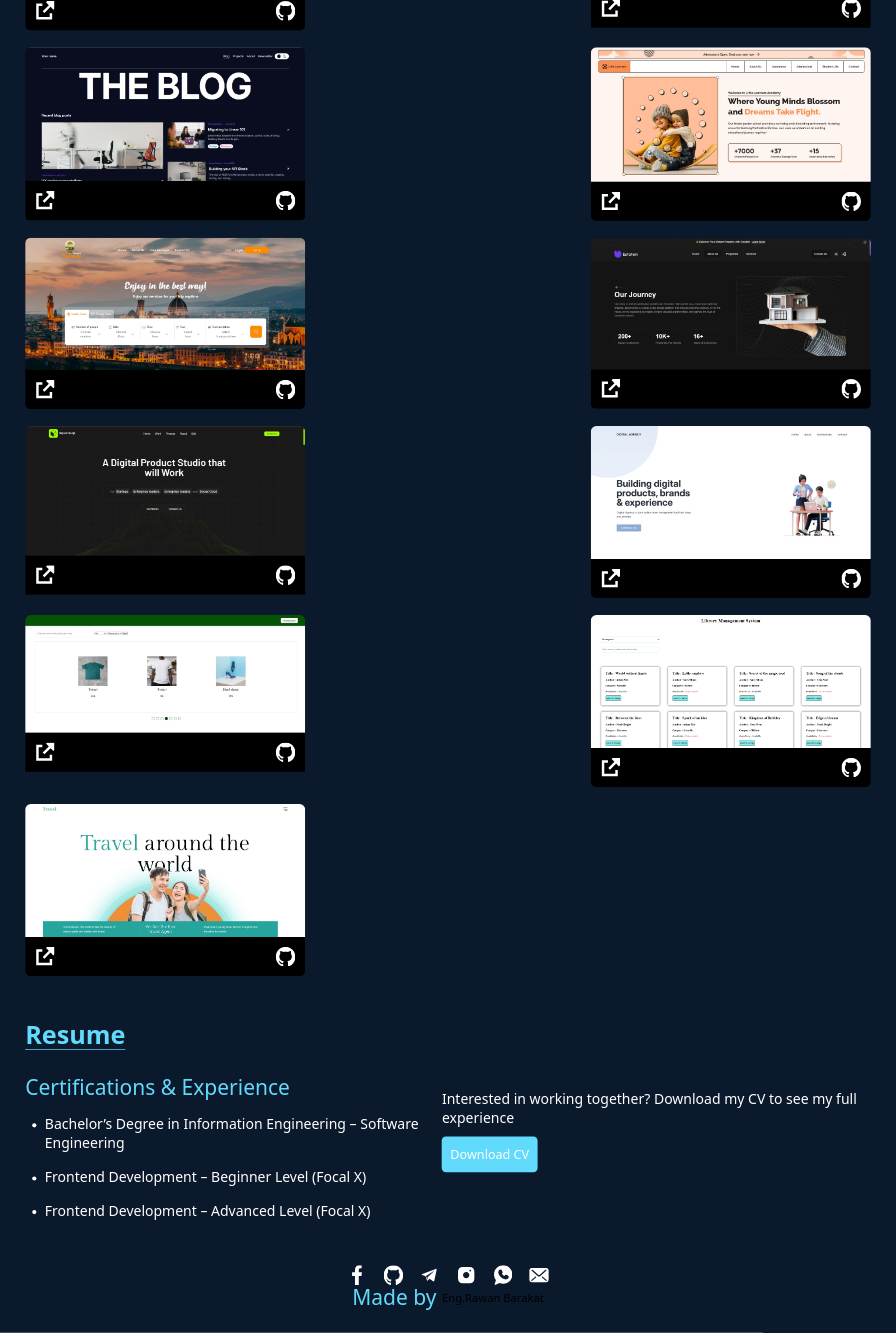
Repository: RawanBarakat-hub/portfolio
Page: /
These files come from the project's save history. The page is drawn as it stood at one moment and after the next save; the edit follows.
The browser window is 1280 px wide. The pictures show the part of the page from y = 1951 to 3871 px (the page is 3855 px tall before and 3871 px after), at 70% of full size.
The project was rebuilt for these pictures with package versions that can differ from the ones it lists, and the page was loaded fresh each time. Also part of the build but not shown: vite.config.ts.

Above is the page before, as saved 2026-02-22 23:35:34.

After the next save:
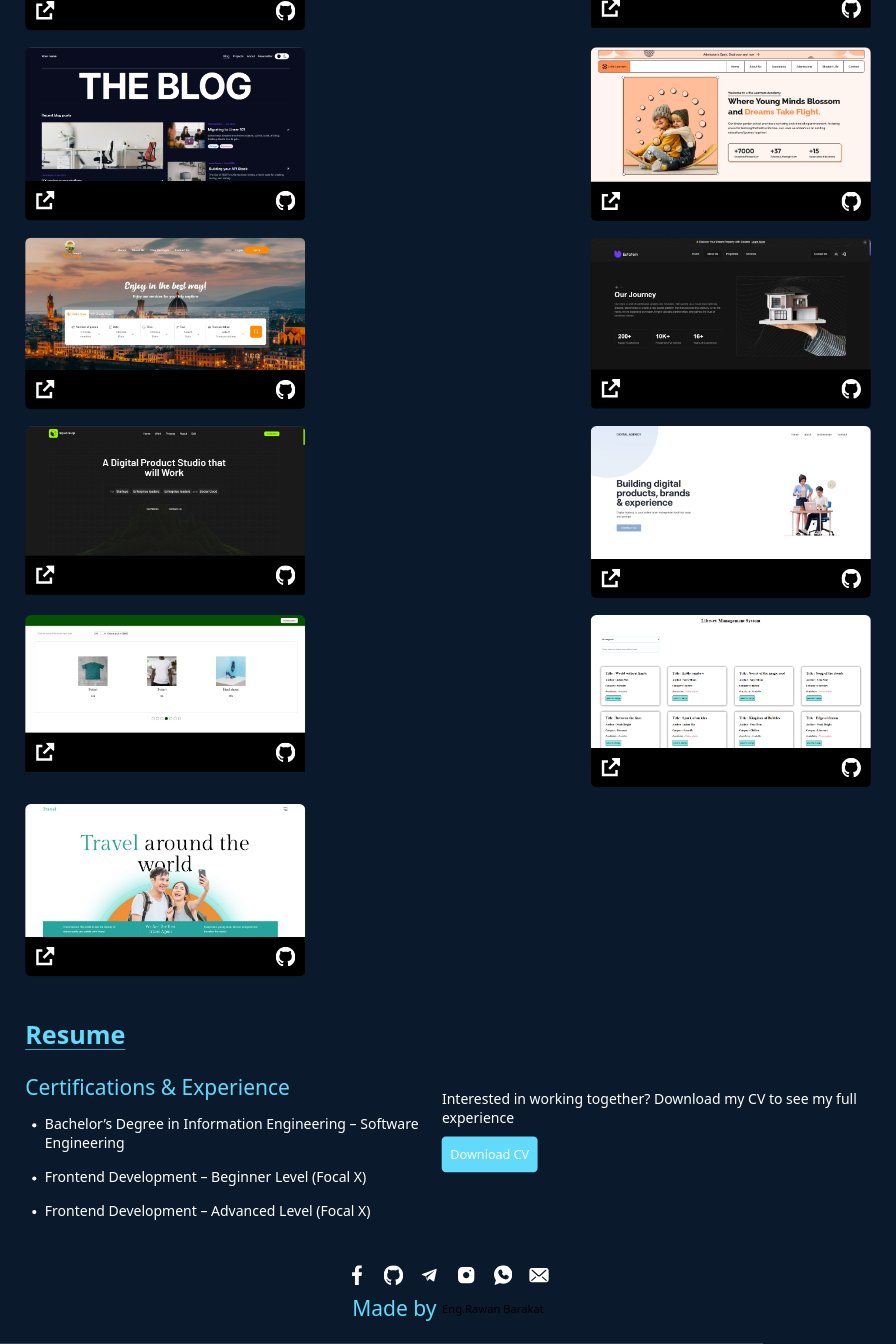
Saved 4 s later.
--- a/src/components/Footer.tsx
+++ b/src/components/Footer.tsx
@@ -13,7 +13,7 @@ const Footer = () => {
                     })
                 }
             </Container>
-            <div className="flex gap-2 justify-center items-center">
+            <div className="flex gap-2 justify-center items-center mt-4">
                 <WelcomeText text="Made by"/> <h4>Eng.Rawan Barakat</h4>
             </div>
         </footer>
